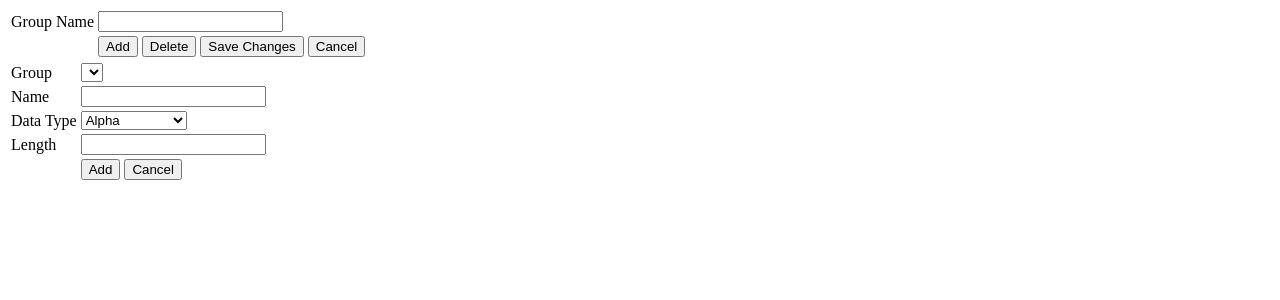
Repository: joliest/MyGits
Page: http://localhost/MiniTracker/Attribute.jsp
The author's editor kept a copy of each file at every save. The page is drawn from the files as they stood at one save, then again after the next save.
The browser window is 1280 px wide. The pictures show the whole page.
Some web libraries are served in a nearby version. The page is served by Tomcat 9. Other server files are loaded and not shown. Queries for data that is not in the repository find no rows.

Above is the page before, as saved 2017-10-26 13:47:26.

### Java/Project_JIRA/MiniTracker/WebContent/Attribute.jsp
<%@ page language="java" contentType="text/html; charset=ISO-8859-1"
    pageEncoding="ISO-8859-1"%>
<html>
	<head>
		<title>Attribute Page</title>
		<script src="https://ajax.googleapis.com/ajax/libs/jquery/3.2.1/jquery.min.js"></script>
		<script src="js/Attribute.js"></script>
	</head>
	<body>
		<div id="AttributeListBox">
			<ul id="attributeGroupList">
				<li>Value 1
					<ul>
						<li> sub value 1</li>
						<li> sub value 2</li>
					</ul>
				</li>
			</ul>

		</div>

		<div id="AttributeGroupTextFieldBox">
			<table>
				<tr>
					<td>Group Name</td>
					<td><input type="text" id="attribGroupName"></td>
				</tr>
				<tr>
					<td></td>
					<td><button type="button" id="addAttributeGroup">Add</button>
					<button type="button" id="deleteAttributeGroup">Delete</button>
					<button type="button" id="editAttributeGroup">Save Changes</button>
						<button type="button" id="cancel">Cancel</button></td>
				</tr>
			</table>
		</div>

		<div id="AttributeTextFieldBox">
			<table>
				<tr>
					<td>Group</td>
					<td>
						<select id="selectAttributeGroup">

						</select>
					</td>
				</tr>
				<tr>
					<td>Name</td>
					<td><input type="text" id="attribName"></td>
				</tr>
				<tr>
					<td>Data Type</td>
					<td>
						<select id="attribDataType">
							<option>Alpha</option>
							<option>AlphaNumeric</option>
							<option>Numeric</option>
							<option>Date</option>
							<option>Selection</option>
						</select>
					</td>
				</tr>
				<tr>
					<td>Length</td>
					<td><input type="text" id="attribLength"></td>
				</tr>
				<tr>
					<td></td>
					<td><button type="button" id="addAttribute">Add</button>
						<input type="button" value="Cancel">
					</td>
				</tr>
			</table>
		</div>


	</body>
</html>

### Java/Project_JIRA/MiniTracker/WebContent/js/Attribute.js

/*
 	Add validation that detects blank values
 */

$(document).ready(function(){

	var controller = "/MiniTracker/Attribute.do";

	loadAttributePage();


	$(this).on("click", "#attributeListRow", function(index) {
		$(this).css("color", "red");
		$(this).css("border", "1px solid red");
	})


	/*
	$(this).on("click", "#attributeListRow", function(index) {
		$(this).on({
			mouseenter : function() {
				$(this).css("color", "blue");
				$(this).css("border", "0px solid blue");
			},
			click : function() {
				$(this).css("color", "red");
				$(this).css("border", "1px solid red");
			}
		})
	})
	*/

	$("#addAttribute").click(function(){
		$.post(controller,
				{
					category : "addAttribute",
					groupName : $("#attribGroup").val(),
					groupId : $("option:selected").attr("attributeid"),
					name : $("#attribName").val(),
					dataType : $("#attribDataType").val(),
					length : $("#attribLength").val()
				},
				function(data, status) {
					alert(data);
					loadAttributePage();
					clearTextFields()
				})
	})

	$("#addAttributeGroup").click(function(){
		$.post(controller,
				{
					category : "addAttributeGroup",
					name : $("#attribGroupName").val()
				},
				function(data, status) {
					alert(data);
					loadAttributePage();
					clearTextFields()
				})
	})

	function loadAttributePage() {
	$.post(controller,
			{category : "loadAttributeGroups"},
			function(data, status) {
				$("#selectAttributeGroup").html(data);
			})

	$.post(controller,
			{category : "loadAttributesPanel"},
			function(data, status){
				$("#attributeGroupList").html(data);
			})
	}

	function clearTextFields() {
		$(":text").val("");
	}
})




/*
function addAttribute(value) {
	var buttonType = value;

	var xhttp = new XMLHttpRequest();

	xhttp.onreadystatechange = function() {
		if(this.readyState == 4 && this.status == 200) {
			alert("Ok");
		}
	};

	xhttp.open("POST", "MiniTracker/");
	xhttp.send();
}

*/

### Java/Project_JIRA/MiniTracker/src/com/tracker/Attribute/web/AttributeServlet.java
package com.tracker.Attribute.web;

import javax.servlet.http.*;

import com.tracker.Module;
import com.tracker.Attribute.model.Attribute;
import com.tracker.Attribute.model.AttributeGroup;
import com.tracker.DatabaseHelper.*;

import javax.servlet.*;

import java.io.IOException;
import java.io.PrintWriter;
import java.util.*;

public class AttributeServlet extends HttpServlet{

	public void doPost(HttpServletRequest request, HttpServletResponse response) throws ServletException, IOException {
		//doGet(request, response);
		response.setContentType("text/html");
		PrintWriter out = response.getWriter();

		String category = request.getParameter("category");
		String alert = "";

		DatabaseManager managerTask = new AttributeDatabaseManager(request);
		AttributeDatabaseManager attributeManagerTask = (AttributeDatabaseManager) managerTask;

		if(category.equals("addAttribute")) {

			Attribute attributeAdder = new Attribute(request);
			DatabaseManager addAttributeManager = new AttributeDatabaseManager(attributeAdder);
			addAttributeManager.add();

			alert +=  attributeAdder.getName() + " is added.";

		} else if(category.equals("loadAttributesPanel")) {
			HashMap<Integer, String> attributeGroups = managerTask.listGroups();
			HashMap<Integer, String> attributes;

			for(Map.Entry<Integer, String> groupEntry : attributeGroups.entrySet()) {

				String groupId = groupEntry.getKey().toString();
				String groupName = groupEntry.getValue().toString();

				int attributeGroupId = groupEntry.getKey();
				attributes = managerTask.getMembersByGroupId(attributeGroupId);

				//generates <li groupId="100">GroupName</li>
				//alert += "<li groupId=\"" + groupId + "\">";
				alert += "<li>";
				alert +=  "<b groupId=\"" + groupId + "\" id=\"attributeGroupListRow\">" + groupName + "</b>";
				alert += "<ul>";
				for(Map.Entry<Integer, String> entry : attributes.entrySet()) {
					String id = entry.getKey().toString();
					String attributeName = entry.getValue().toString();

					//generates <li attributeId="1001">AttributeName</li>
					alert += "<li id=\"attributeListRow\" attributeId=\"" + id + "\">";
					alert += attributeName;
					alert += "</li>";
				}
				alert += "</ul>";
				alert += "</li>";
			}

		} else if(category.equals("getAttributeGroup")) {
			int attributeId = getAttributeId(request);
			alert += attributeManagerTask.getAttributeGroupById(attributeId);

		} else if(category.equals("getAttributeName")) {
			int attributeId = getAttributeId(request);
			alert += attributeManagerTask.getAttributeNameById(attributeId);

		} else if(category.equals("getDataType")) {
			int attributeId = getAttributeId(request);
			alert += attributeManagerTask.getAttributeDataTypeById(attributeId);

		} else if(category.equals("getLength")) {
			int attributeId = getAttributeId(request);
			alert += attributeManagerTask.getAttributeLengthById(attributeId);

		} else if(category.equals("deleteAttribute")) {
			int attributeId = getAttributeId(request);
			alert += managerTask.remove(attributeId);

		}else {

		}
		out.print(alert);
	}

	private int getAttributeId(HttpServletRequest request) {
		String attributeIdValue = request.getParameter("attributeId");
		int attributeId = Integer.parseInt(attributeIdValue);
		return attributeId;
	}
}

After the next save:
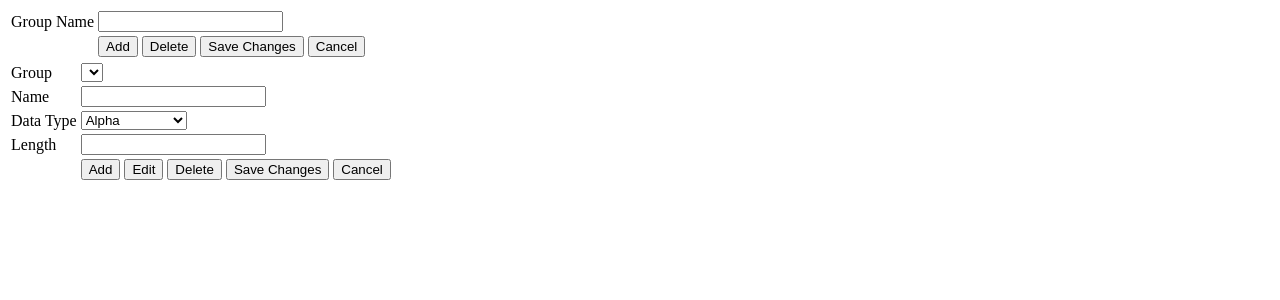
Saved 6 min 29 s later.
--- a/Java/Project_JIRA/MiniTracker/WebContent/Attribute.jsp
+++ b/Java/Project_JIRA/MiniTracker/WebContent/Attribute.jsp
@@ -68,6 +68,9 @@
 				<tr>
 					<td></td>
 					<td><button type="button" id="addAttribute">Add</button>
+					<button type="button" id="editAttribute">Edit</button>
+					<button type="button" id="deleteAttribute">Delete</button>
+					<button type="button" id="addAttribute">Save Changes</button>
 						<input type="button" value="Cancel">
 					</td>
 				</tr>
